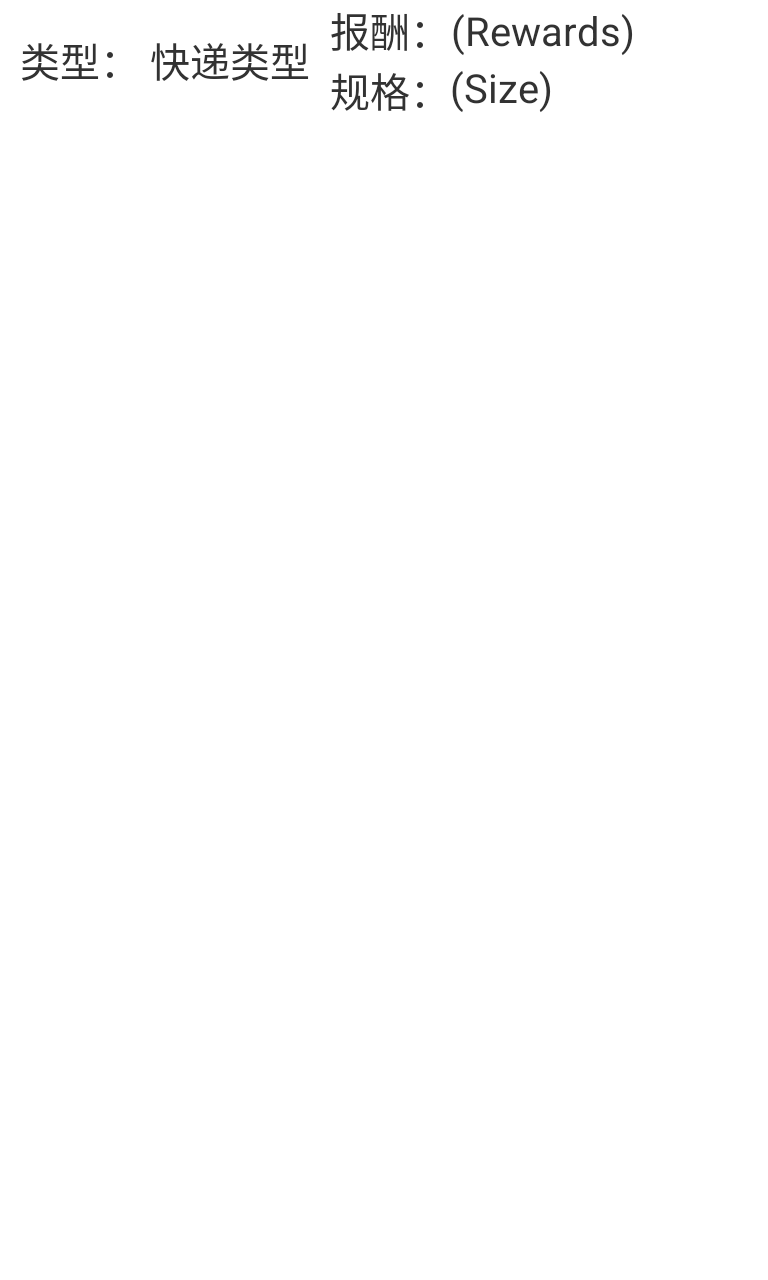
Repository: fariashen/campus-express
Layout: easyCourier/res/layout/item_request.xml
An editor plug-in stored every save of this project. The layout is shown before and after the next save, followed by the edit.
It is drawn on a 768 x 1280 px phone screen (xhdpi) without system bars, with theme AppTheme; the app's code is not run. The app's manifest (not shown) leaves right-to-left support off. So textAlignment, textDirection and layoutDirection are ignored, and left and right values win over start and end ones.

Above is the layout before, as saved 2016-04-25 09:18:38.

After the next save:
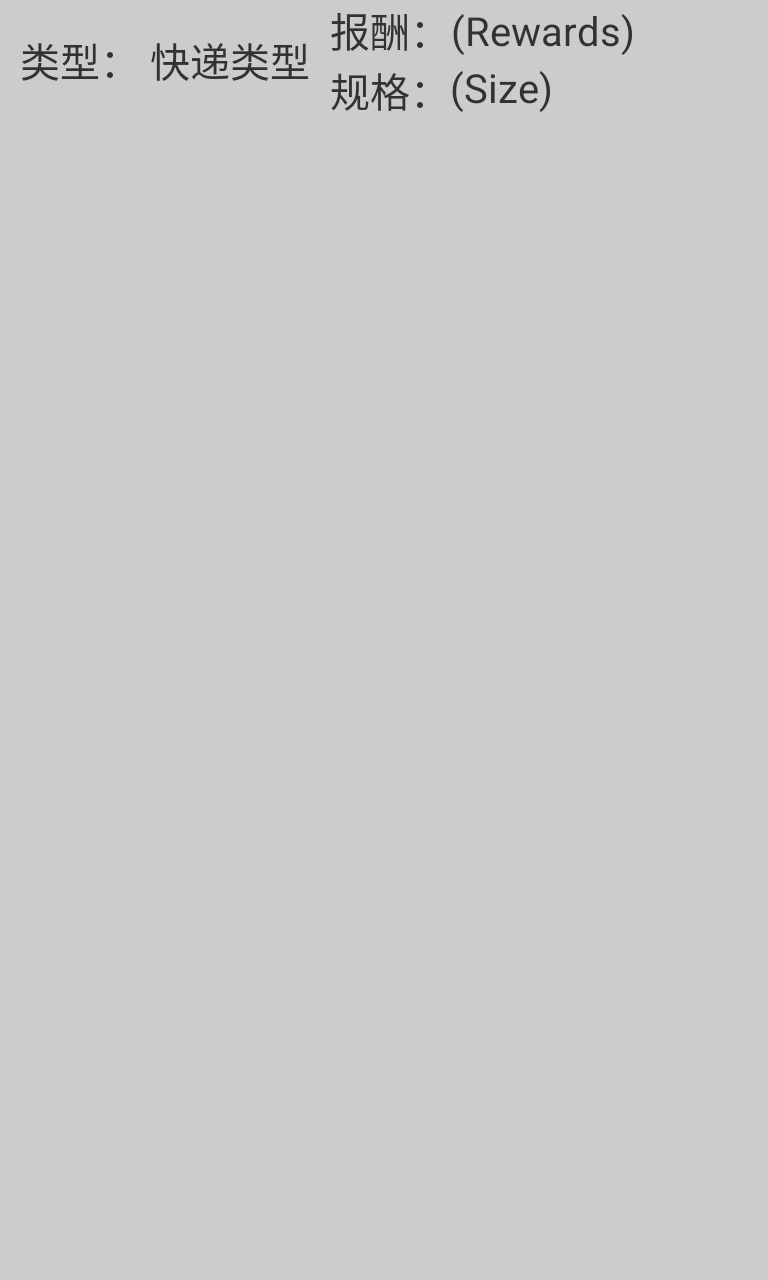
Saved 30 s later.
--- a/easyCourier/res/layout/item_request.xml
+++ b/easyCourier/res/layout/item_request.xml
@@ -2,6 +2,7 @@
 <RelativeLayout xmlns:android="http://schemas.android.com/apk/res/android"
     android:layout_width="match_parent"
     android:layout_height="wrap_content"
+    style="@style/bg_line"
     android:orientation="vertical"
     android:paddingBottom="20dp"
     android:layout_marginTop="10dp" >
